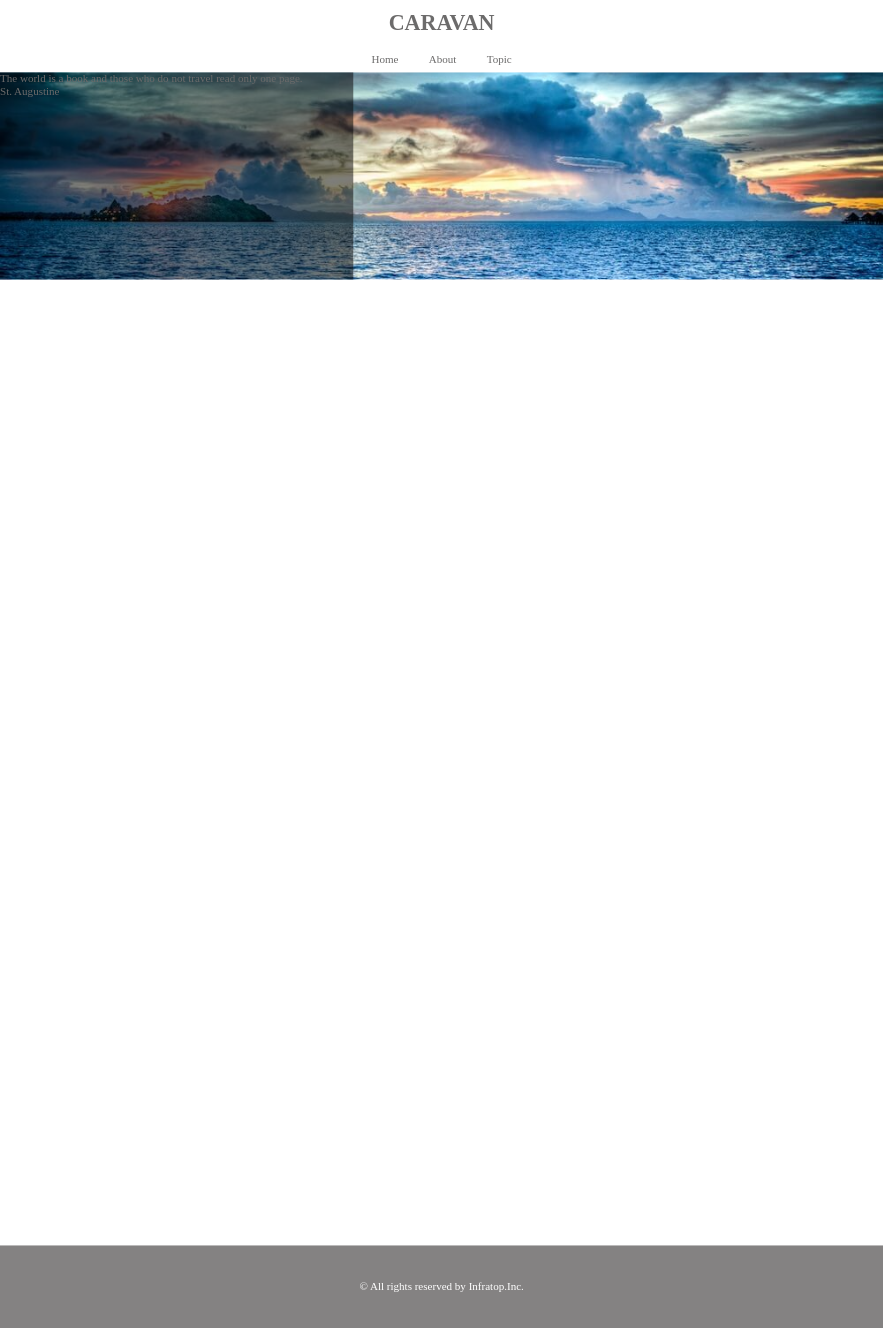
Repository: kowatann/sample_app
Page: caravan/index.html
The author's editor kept a record of every edit. The page is drawn from the files as they stood at one moment, then again after the next edit.
The browser window is 1280 px wide. The pictures show the whole page, at 69% of full size.

Above is the page before.

After the next edit:
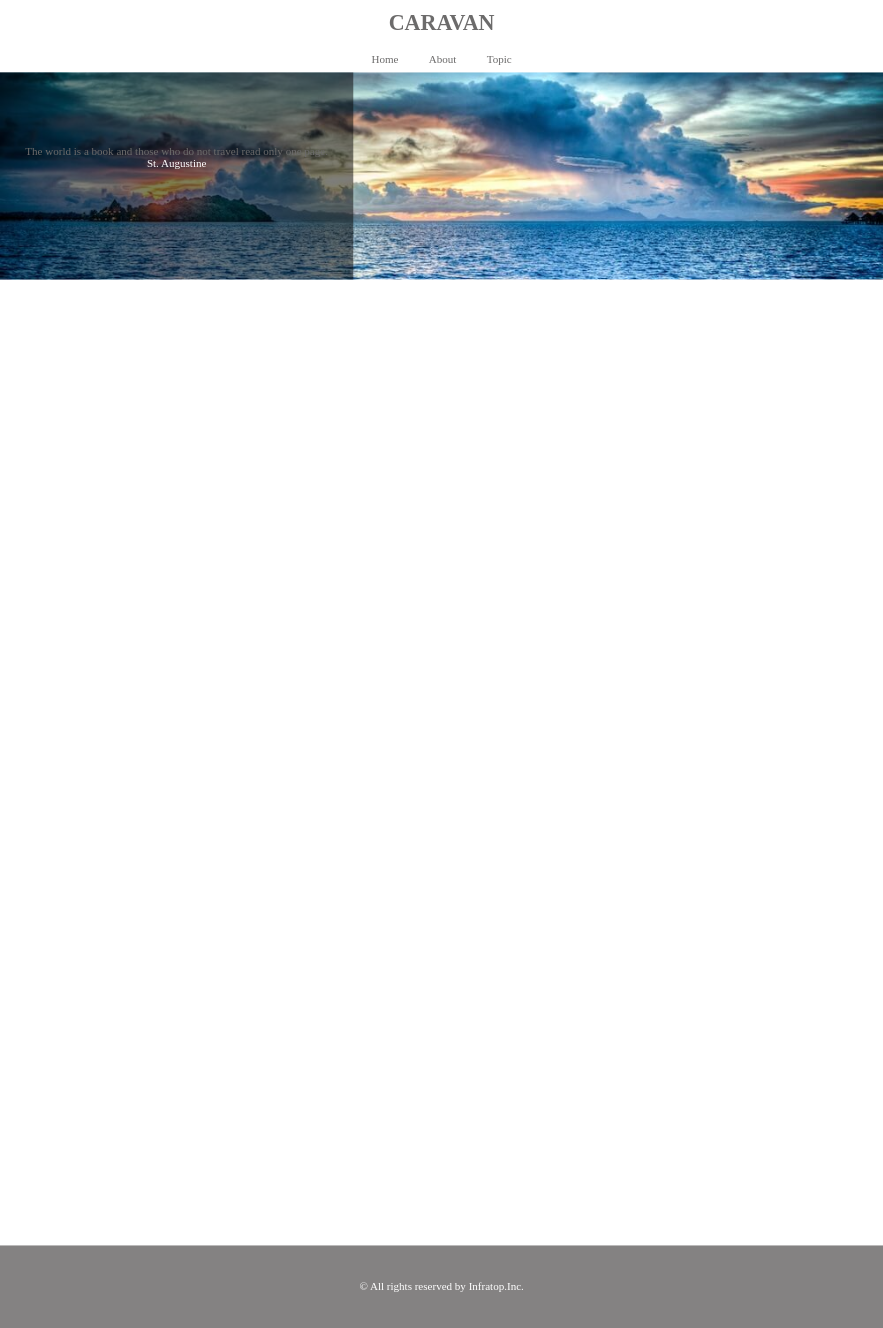
The edit:
--- a/caravan/style.css
+++ b/caravan/style.css
@@ -45,7 +45,19 @@
   width: 40%;
   height: 300px;
   background-color: rgba( 0, 0, 0, 0.5);
+  text-align: center;
+  padding-top: 105px;
 }
+
+.main-visual-text {
+  color: fff;
+}
+
+.main-visual-name {
+  matgin-top: 30px;
+  color: #fff;
+}
+
 
 .main {
   width: 840px;
